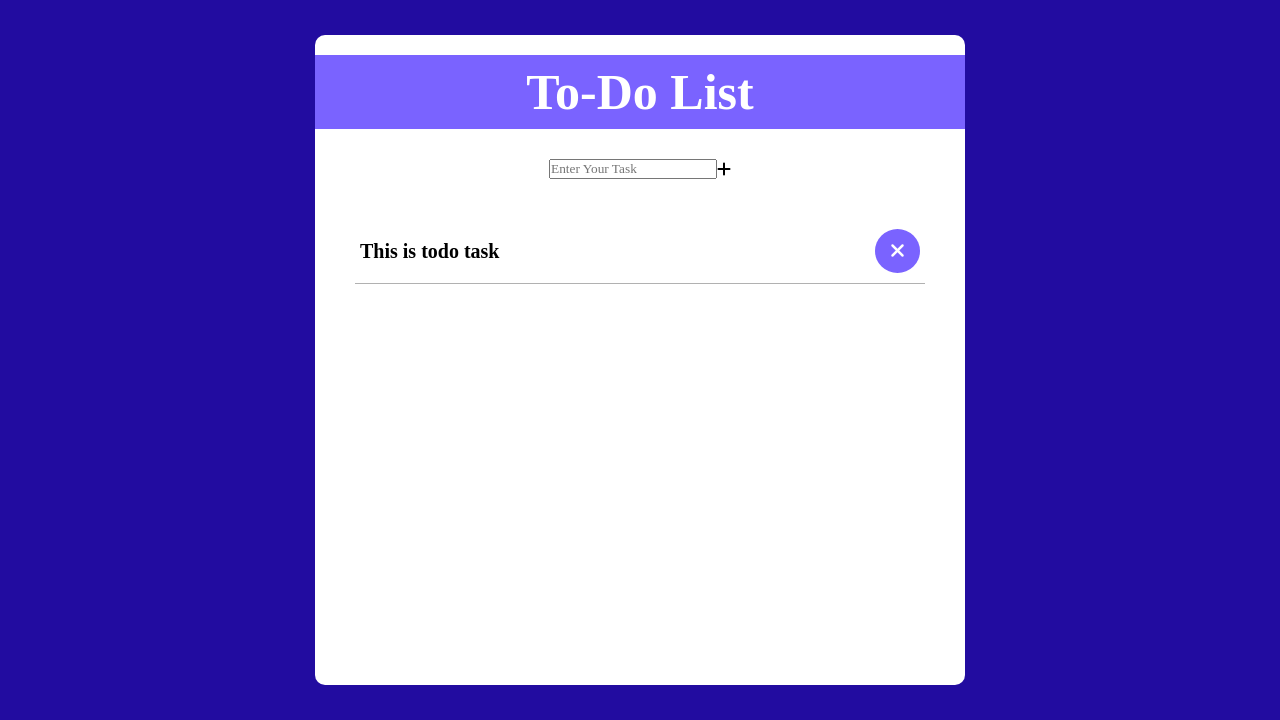
Repository: AliHassan02-Dev/To-Do-App
Page: /
The author's editor kept a copy of each file at every save. The page is drawn from the files as they stood at one save, then again after the next save.
The browser window is 1280 px wide. The pictures show the whole page.
Some web libraries are served in a nearby version. The project was rebuilt for these pictures with package versions that can differ from the ones it lists, and the page was loaded fresh each time. Also part of the build but not shown: vite.config.js.

Above is the page before, as saved 2024-10-28 11:52:04.

### src/App.css
* {
  margin: 0;
  padding: 0;
  box-sizing: border-box;
  font-family: poppins;
}

.mainWrapper {
  width: 100%;
  height: 100vh;
  background-color: rgb(34, 12, 160);
  display: flex;
  justify-content: center;
  flex-direction: column;
}

.mainWrapper .container {
  width: 100%;
  max-width: 650px;
  height: 650px;
  background-color: white;
  margin: auto;
  border-radius: 10px;
}

.mainWrapper .container .topBar {
  margin: 20px 0px;
}

.mainWrapper .container .topBar h2 {
  width: 100%;
  text-align: center;
  background-color: rgb(122, 99, 255);
  font-size: 50px;
  padding: 8px;
  color: white;
}

.mainWrapper .container .topBar .addTask {
  width: 100%;
  display: flex;
  justify-content: center;
  align-items: center;
  padding: 10px 40px;
  margin-top: 20px;
}

.mainWrapper .container .bottomBar {
  margin: 20px 0px;
  padding: 10px 40px;
}

.mainWrapper .container .bottomBar ol {
  list-style-type: none;
}

.mainWrapper .container .bottomBar .taskList {
  width: 100%;
  flex-wrap: nowrap;
  display: flex;
  justify-content: space-between;
  align-items: center;
  border-bottom: 1px solid rgba(100, 100, 100, 0.5);
  padding: 10px 5px;
}

.mainWrapper .container .bottomBar .taskList li {
  font-size: 20px;
  font-weight: 600;
}

.mainWrapper .container .bottomBar .taskList span {
  color: white;
  background-color: rgb(122, 99, 255);
  padding: 12px 15px;
  font-size: 20px;
  border-radius: 100%;
  cursor: pointer;
}

### src/App.jsx
import React from "react";
import TaskList from "./Components/TaskList";

const App = () => {
  return (
    <div className="mainWrapper">
      <div className="container">
        <div className="topBar">
          <h2>To-Do List</h2>

          <div className="addTask">
            <input type="text" placeholder="Enter Your Task" />
            <span className="fa-solid fa-plus"></span>
          </div>
        </div>
        <div className="bottomBar">
          <ol>
            <TaskList />
          </ol>
        </div>
      </div>
    </div>
  );
};

export default App;

### src/Components/TaskList.jsx
import React from "react";

const TaskList = () => {
  return (
    <div className="taskList">
      <li>This is todo task</li>
      <span class="fa-solid fa-xmark"></span>
    </div>
  );
};

export default TaskList;

Loaded but not shown: index.html (common file); src/main.jsx (common file)

After the next save:
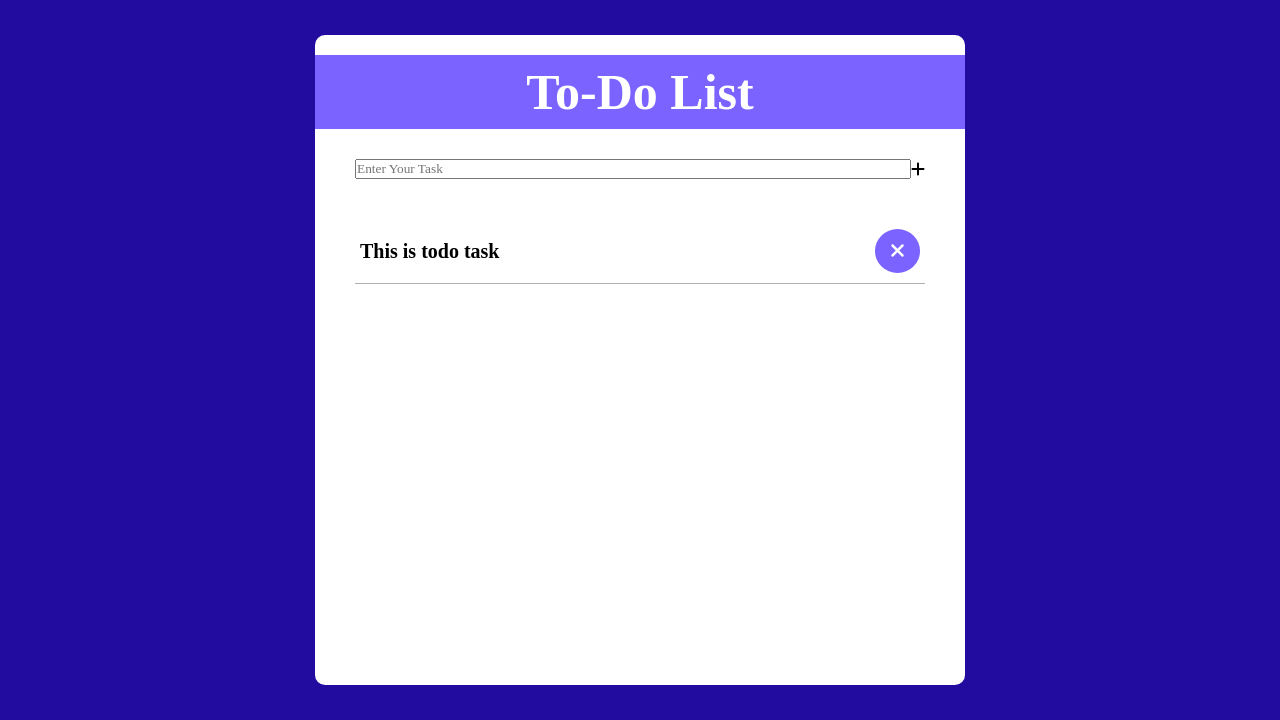
Saved 23 s later.
--- a/src/App.css
+++ b/src/App.css
@@ -45,6 +45,10 @@
   margin-top: 20px;
 }
 
+.mainWrapper .container .topBar .addTask input {
+  width: 100%;
+}
+
 .mainWrapper .container .bottomBar {
   margin: 20px 0px;
   padding: 10px 40px;
